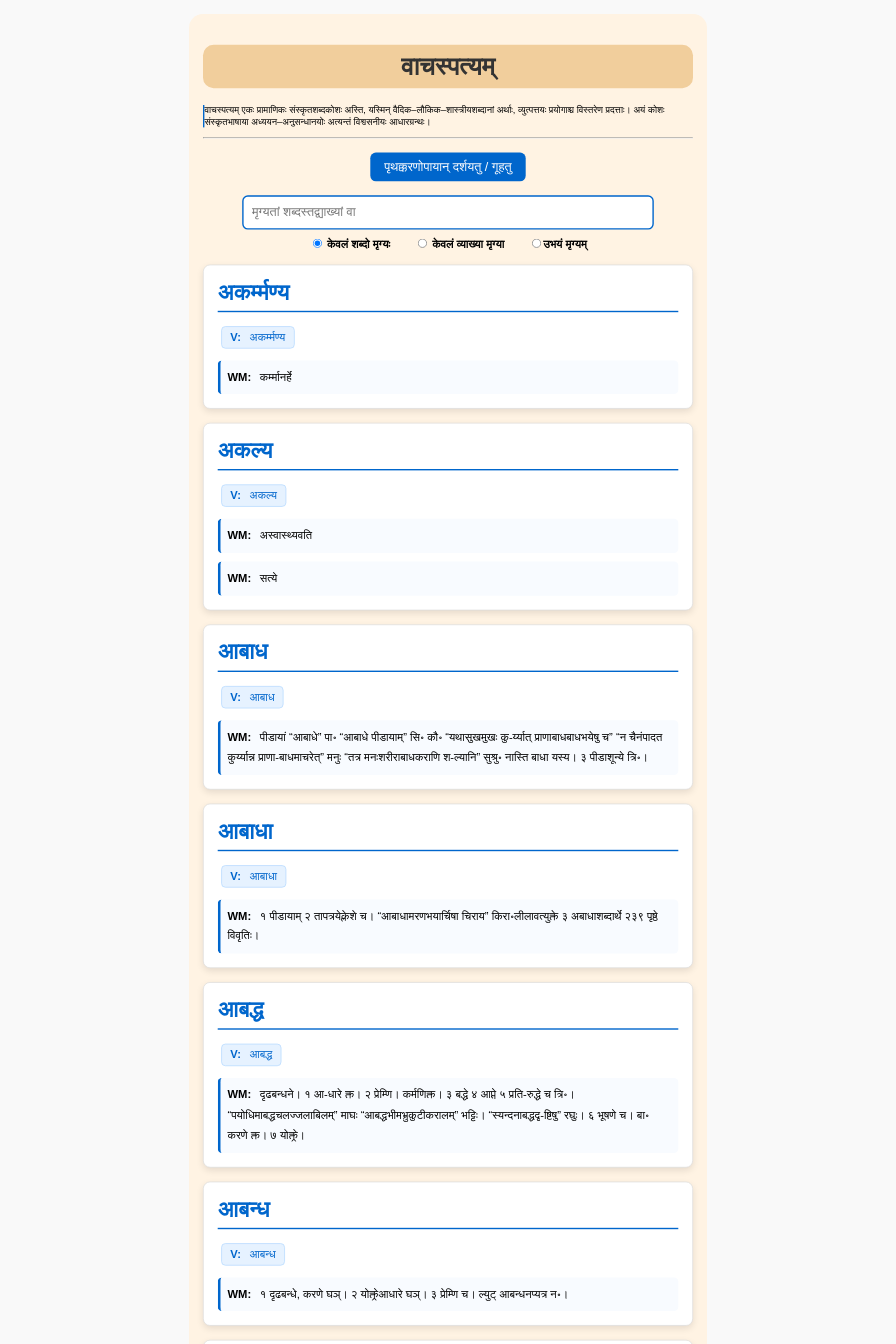
Repository: sanskritsphere/vachaspatyam-demo
Page: index.html
These files come from the project's save history. The page is drawn as it stood at one moment and after the next save; the edit follows.
The browser window is 1280 px wide. The pictures show the part of the page from y = 0 to 1920 px (the page is 3443 px tall), at 70% of full size.

Above is the page before, as saved 2025-12-14 12:44:30.

### index.html
<!DOCTYPE html>
<html lang="sa">
<head>
    <meta charset="UTF-8">
    <meta name="viewport" content="width=device-width, initial-scale=1.0">
    <link rel="styleSheet" type="text/css" href="style.css">
    <title>वाचस्पत्यम् शब्दकोशः</title>

</head>
<body>
    <div class="container">
    <header>
        <h1>वाचस्पत्यम्</h1>
    <p class="small">वाचस्पत्यम् एकः प्रामाणिकः संस्कृतशब्दकोशः अस्ति, यस्मिन् वैदिक–लौकिक–शास्त्रीयशब्दानां अर्थाः, व्युत्पत्तयः प्रयोगाश्च विस्तरेण प्रदत्ताः।
अयं कोशः संस्कृतभाषाया अध्ययन–अनुसन्धानयोः अत्यन्तं विश्वसनीयः आधारग्रन्थः।</p>
    </header>
    <hr>
    <button id="toggleFilters">पृथक्करणोपायान् दर्शयतु / गूहतु</button>

    <div id="searchContainer">
        <input type="text" id="search" placeholder="मृग्यतां शब्दस्तद्व्याख्यां वा">
        <div class="search-options">
            <label><input type="radio" name="searchMode" value="wordOnly" checked> केवलं शब्दो मृग्यः</label>
            <label><input type="radio" name="searchMode" value="meaningOnly"> केवलं व्याख्या मृग्या</label>
            <label><input type="radio" name="searchMode" value="both">उभयं मृग्यम्</label>
        </div>
    </div>

    <div class="filters" id="filtersPanel">
        <div class="filter-group" id="startingLetterGroup">
            <label>आद्यक्षरानुक्रमेण पृथक्करणम्</label>
            <select id="startingLetterFilter">
                <option value="">सर्वाणि आद्यक्षराणि</option>
            </select>
        </div>

        <div class="filter-group" id="gcGroup">
            <label>लिङ्गशः पृथक्करणम्</label>
            <select id="gcFilter">
                <option value="">सर्वलिङ्गानि</option>
            </select>
        </div>

        <!-- टैग विज़िबिलिटी -->
        <div class="filter-group" style="grid-column: 1 / -1;" id="tagVisibilityGroup">
            <label>दर्शयितुमिष्टानि खण्डानि चिन्वीत</label>
            <div class="tag-visibility" id="tagVisibility">
                <!-- डायनामिकली जनरेट होगा -->
            </div>
        </div>

        <!-- नए टैग फ़िल्टर सेक्शन -->
        <div class="filter-group" style="grid-column: 1 / -1;" id="tagFiltersGroup">
            <label>टैग्-मूल्येन विशिष्टमानानि चीयन्ताम्</label>
            <div class="tag-filters" id="tagFilters">
                <!-- XML से सभी टैग्स के लिए डायनामिक सिलेक्ट बॉक्स जनरेट होंगे -->
            </div>
        </div>
    </div>

    <div id="results"></div>
</div>
    <script>
        let dictionary = [];
        let allTags = new Set();
        let tagValues = {}; // { tag: Set of values }
        let startingLetters = new Set();
        let gcValues = new Set();
        let currentPage = 1;
        const itemsPerPage = 25;
        // XML फ़ाइल लोड करना
        fetch('vachaspatyam.xml')
            .then(response => response.text())
            .then(xmlText => {
                const parser = new DOMParser();
                const xml = parser.parseFromString(xmlText, "application/xml");
                const entries = xml.querySelectorAll('entry');

                entries.forEach(entry => {
                    const obj = {};
                    entry.querySelectorAll('*').forEach(child => {
                        const tagName = child.tagName;
                        allTags.add(tagName);

                        if (!obj[tagName]) obj[tagName] = [];
                        const value = child.textContent.trim();
                        if (value) obj[tagName].push(value);

                        // टैग वैल्यूज़ कलेक्ट करना
                        if (!tagValues[tagName]) tagValues[tagName] = new Set();
                        tagValues[tagName].add(value);

                        // विशेष हैंडलिंग
                        if (tagName === 'V' && value) {
                            startingLetters.add(value[0]);
                        }
                        if (tagName === 'GC' && value) {
                            gcValues.add(value);
                        }
                    });
                    dictionary.push(obj);
                });

                generateDynamicFilters();
                generateTagVisibility();
                generateTagFilters(); // नया फ़ीचर
                renderEntries(dictionary);
            })
            .catch(err => {
                document.getElementById('results').innerHTML =
                    '<p class="no-results">vachaspatyam.xml इति संचिका न लब्धा। कृपया तां स्थापयतु।</p>';
                console.error(err);
            });

        function generateDynamicFilters() {
            const startingSelect = document.getElementById('startingLetterFilter');
            [...startingLetters].sort().forEach(letter => {
                const opt = document.createElement('option');
                opt.value = letter;
                opt.textContent = letter;
                startingSelect.appendChild(opt);
            });

            const gcSelect = document.getElementById('gcFilter');
            [...gcValues].sort().forEach(gc => {
                const opt = document.createElement('option');
                opt.value = gc;
                opt.textContent = gc;
                gcSelect.appendChild(opt);
            });
        }

        function generateTagVisibility() {
            const container = document.getElementById('tagVisibility');
            container.innerHTML = '';
            [...allTags].sort().forEach(tag => {
                const label = document.createElement('label');
                const checkbox = document.createElement('input');
                checkbox.type = 'checkbox';
                checkbox.id = 'show' + tag;
                checkbox.checked = tag === 'V' || tag === 'WM'; // डिफ़ॉल्ट V और WM दिखाएँ
                label.appendChild(checkbox);
                label.appendChild(document.createTextNode(' ' + tag));
                container.appendChild(label);
            });
        }

        function generateTagFilters() {
            const container = document.getElementById('tagFilters');
            container.innerHTML = '';
            [...allTags].sort().forEach(tag => {
                if (tag === 'V') return; // V के लिए पहले से आदि अक्षर फ़िल्टर है

                const group = document.createElement('div');
                group.className = 'filter-group';

                const label = document.createElement('label');
                label.textContent = `${tag} मूल्येन पृथक्करोतु`;
                group.appendChild(label);

                const select = document.createElement('select');
                select.id = 'filter_' + tag;
                select.innerHTML = '<option value="">सर्वाणि</option>';

                // टैग के सभी यूनिक वैल्यूज़ जोड़ना
                [...tagValues[tag]].sort().forEach(val => {
                    const opt = document.createElement('option');
                    opt.value = val;
                    opt.textContent = val;
                    select.appendChild(opt);
                });

                group.appendChild(select);
                container.appendChild(group);
            });
        }

        function getMeaningText(entry) {
            let text = '';
            Object.keys(entry).forEach(key => {
                if (key !== 'V') {
                    text += entry[key].join(' ') + ' ';
                }
            });
            return text;
        }

        function renderEntries(entries) {
            const resultsDiv = document.getElementById('results');
            resultsDiv.innerHTML = '';
            if (entries.length === 0) {
                resultsDiv.innerHTML = '<p class="no-results">कश्चन शब्दो न लब्धः। कृपया मृग्यपदं परिवर्तयतु।</p>';
                return;
            }

            entries.forEach(entry => {
                const div = document.createElement('div');
                div.className = 'entry';
                div.innerHTML = `<h3>${entry.V ? entry.V[0] : 'अज्ञातः'}</h3>`;

                const tagsDiv = document.createElement('div');

                allTags.forEach(tag => {
                    const checkbox = document.getElementById('show' + tag);
                    if (checkbox && checkbox.checked && entry[tag]) {
                        entry[tag].forEach(value => {
                            if (tag === 'WM' || tag === 'EXP') {
                                tagsDiv.innerHTML += `<div class="content"><span class="tag-name">${tag}:</span> ${value}</div>`;
                            } else {
                                tagsDiv.innerHTML += `<span class="tag"><span class="tag-name">${tag}:</span> ${value}</span>`;
                            }
                        });
                    }
                });

                div.appendChild(tagsDiv);
                resultsDiv.appendChild(div);
            });
        }

        function filterEntries() {
            let filtered = dictionary;

            const query = document.getElementById('search').value.trim();
            const searchMode = document.querySelector('input[name="searchMode"]:checked').value;

            if (query) {
                if (searchMode === 'wordOnly') {
                    filtered = filtered.filter(entry => entry.V && entry.V.some(v => v.includes(query)));
                } else if (searchMode === 'meaningOnly') {
                    filtered = filtered.filter(entry => getMeaningText(entry).includes(query));
                } else {
                    filtered = filtered.filter(entry =>
                        (entry.V && entry.V.some(v => v.includes(query))) ||
                        getMeaningText(entry).includes(query)
                    );
                }
            }

            const startingLetter = document.getElementById('startingLetterFilter').value;
            if (startingLetter) {
                filtered = filtered.filter(entry => entry.V && entry.V[0].startsWith(startingLetter));
            }

            const gc = document.getElementById('gcFilter').value;
            if (gc) {
                filtered = filtered.filter(entry => entry.GC && entry.GC.includes(gc));
            }

            // सभी टैग फ़िल्टर्स
            allTags.forEach(tag => {
                const select = document.getElementById('filter_' + tag);
                if (select && select.value) {
                    const filterValue = select.value;
                    filtered = filtered.filter(entry =>
                        entry[tag] && entry[tag].includes(filterValue)
                    );
                }
            });

            renderEntries(filtered);
        }

        // टॉगल बटन
        document.getElementById('toggleFilters').addEventListener('click', () => {
            const panel = document.getElementById('filtersPanel');
            panel.style.display = (panel.style.display === 'none' || panel.style.display === '') ? 'grid' : 'none';
        });

    function generateTagVisibility() {
    const container = document.getElementById('tagVisibility');
    container.innerHTML = '';

    // टैग नेम → संस्कृत में पूरा लेबल (विवरण)
    const tagLabels = {
        V:    "शब्दः (Vocable)",
        GC:   "लिङ्गम् (Grammatical Category)",
        GR:   "व्युत्पत्तिः (Grammar & Root)",
        ET:   "व्युत्पत्ति-विवरणम् (Etymology)",
        EXP:  "व्याख्या (Explanation)",
        CA:   "समास-विश्लेषणम् (Compound Analysis)",
        CT:   "उद्धरणम् (Citation Text)",
        RM:   "सन्दर्भः (Reference Mode)",
        WM:   "मुख्यार्थः (Word Meaning)"
        // यदि भविष्य में नया टैग जोड़ा जाए तो यहाँ उसका विवरण जोड़ सकते हैं
    };

    [...allTags].sort().forEach(tag => {
        const label = document.createElement('label');
        const checkbox = document.createElement('input');
        checkbox.type = 'checkbox';
        checkbox.id = 'show' + tag;
        // डिफ़ॉल्ट: V और WM हमेशा चेक रहें
        checkbox.checked = (tag === 'V' || tag === 'WM');

        label.appendChild(checkbox);
        // विवरण यदि उपलब्ध हो तो दिखाएँ, अन्यथा केवल टैग नेम
        const displayText = tagLabels[tag] || tag;
        label.appendChild(document.createTextNode(' ' + displayText));

        container.appendChild(label);
    });
}



        // सभी इवेंट्स
        document.getElementById('search').addEventListener('input', filterEntries);
        document.querySelectorAll('input[name="searchMode"]').forEach(radio => radio.addEventListener('change', filterEntries));
        document.getElementById('startingLetterFilter').addEventListener('change', filterEntries);
        document.getElementById('gcFilter').addEventListener('change', filterEntries);
        document.getElementById('filtersPanel').addEventListener('change', filterEntries); // सभी सिलेक्ट और चेकबॉक्स
    </script>
</body>
</html>

### style.css

        body {
            font-family: 'Sanskrit Text', 'Arial Unicode MS', Arial, sans-serif;
            margin: 20px;
            background-color: #f9f9f9;
            direction: ltr;
        }
        .container{
            width: 95%;
            max-width: 700px;
            margin: auto;
            background-color: #fff3e3;
            padding: 20px;
            border-radius: 20px;
        }
        header{
            display: block;
            justify-content: center;
            align-items: center;
            gap: 20px;
        }

       header h1 {
            text-align: center;
            color: #333;
            font-size: 36px;
            background-color: #f1ce9c;
            padding: 10px;
            border-radius: 15px;
        }
       header .small{
            font-size: smaller;
            border-left: 2px solid #0066cc;
        }
        #toggleFilters {
            display: block;
            margin: 20px auto;
            padding: 10px 20px;
            font-size: 18px;
            background: #0066cc;
            color: white;
            border: none;
            border-radius: 8px;
            cursor: pointer;
        }
        #toggleFilters:hover {
            background: #0055aa;
        }
        #searchContainer {
            margin-bottom: 20px;
            text-align: center;
        }
        #search {
            width: 80%;
            max-width: 600px;
            padding: 12px;
            font-size: 18px;
            border: 2px solid #0066cc;
            border-radius: 8px;
        }
        .search-options {
            margin-top: 10px;
        }
        .search-options label {
            margin: 0 15px;
            font-weight: bold;
            font-size: 16px;
        }
        .filters {
            margin-bottom: 30px;
            padding: 15px;
            background: #fff;
            border: 1px solid #ddd;
            border-radius: 10px;
            box-shadow: 0 4px 10px rgba(0,0,0,0.1);
            display: grid;
            grid-template-columns: repeat(auto-fit, minmax(300px, 1fr));
            gap: 20px;
            display: none; /* शुरू में छिपा */
        }
        .filter-group {
            display: flex;
            flex-direction: column;
        }
        .filter-group label {
            font-weight: bold;
            margin-bottom: 8px;
            color: #333;
            font-size: 18px;
        }
        .filter-group select {
            padding: 8px;
            border-radius: 6px;
            border: 1px solid #ccc;
            font-size: 16px;
            max-width: 300px;
        }
        .tag-visibility {
            display: grid;
            grid-template-columns: repeat(auto-fill, minmax(180px, 1fr));
            gap: 10px;
            margin-top: 10px;
        }
        .tag-visibility label {
            font-weight: normal;
            display: flex;
            align-items: center;
            font-size: 16px;
        }
        .tag-visibility input[type="checkbox"] {
            margin-right: 8px;
        }
        .tag-filters {
            display: grid;
            grid-template-columns: repeat(auto-fill, minmax(250px, 1fr));
            gap: 15px;
            margin-top: 15px;
            padding: 10px;
            background: #f0f8ff;
            border-radius: 8px;
        }
        #results {
            display: grid;
            gap: 20px;
        }
        .entry {
            background: white;
            padding: 20px;
            border: 1px solid #ddd;
            border-radius: 10px;
            box-shadow: 0 4px 10px rgba(0,0,0,0.1);
        }
        .entry h3 {
            margin: 0 0 15px 0;
            color: #0066cc;
            font-size: 32px;
            border-bottom: 2px solid #0066cc;
            padding-bottom: 8px;
        }
        .tag {
            display: inline-block;
            background: #e6f2ff;
            color: #0066cc;
            padding: 6px 12px;
            margin: 5px;
            border-radius: 6px;
            font-size: 16px;
            border: 1px solid #b3d9ff;
        }
        .tag-name {
            font-weight: bold;
            margin-right: 8px;
        }
        .content {
            margin-top: 12px;
            line-height: 1.8;
            background: #f8fbff;
            padding: 10px;
            border-radius: 6px;
            border-left: 4px solid #0066cc;
            font-size: 16px;
        }
        .no-results {
            text-align: center;
            color: #888;
            font-size: 22px;
            padding: 40px;
        }
        @media (max-width: 768px) {
            .filters {
                grid-template-columns: 1fr;
            }
            .tag-visibility, .tag-filters {
                grid-template-columns: 1fr;
            }
            #search {
                width: 100%;
            }
        }

After the next save:
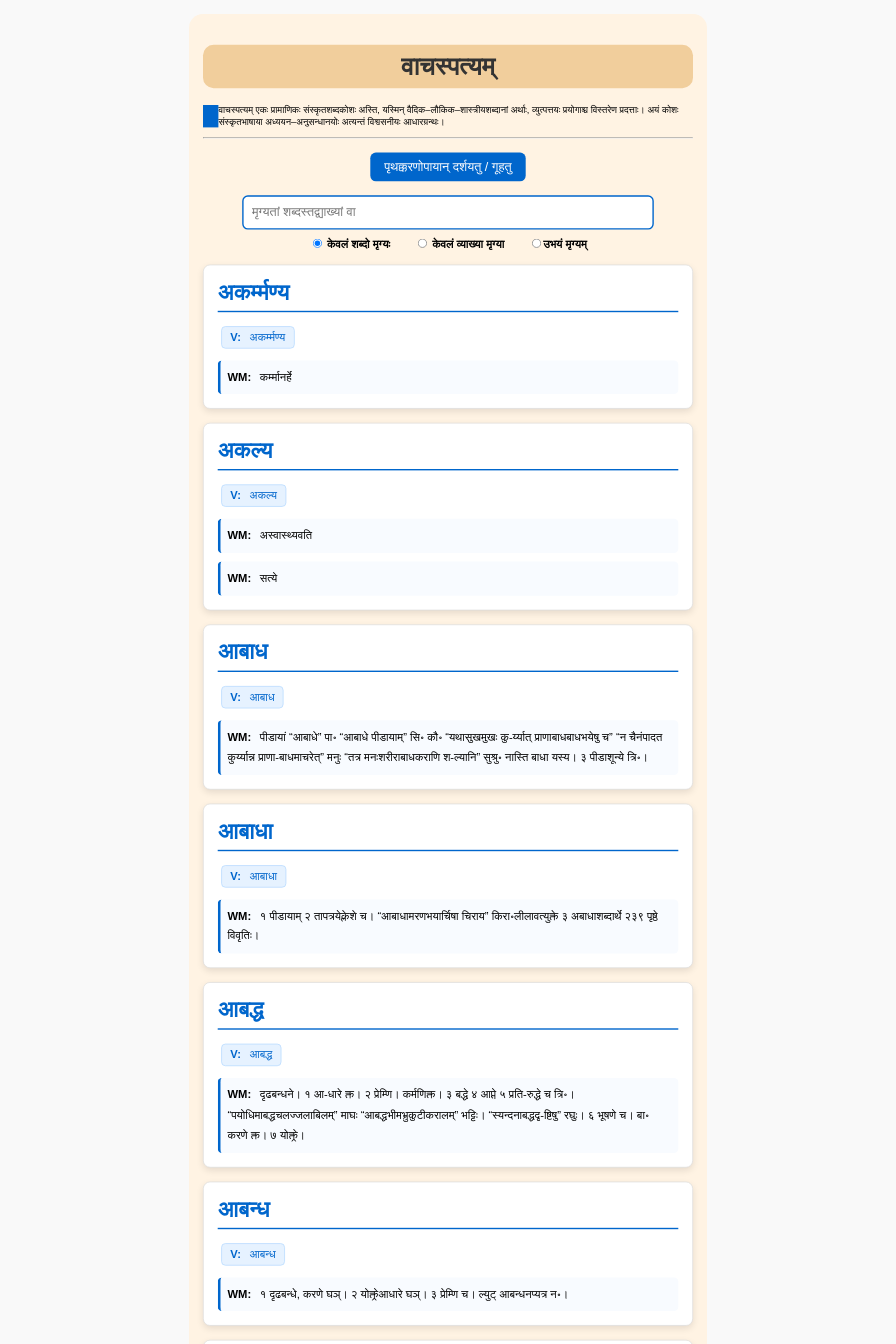
Saved 14 s later.
--- a/style.css
+++ b/style.css
@@ -30,7 +30,7 @@
         }
        header .small{
             font-size: smaller;
-            border-left: 2px solid #0066cc;
+            border-left: 22px solid #0066cc;
         }
         #toggleFilters {
             display: block;
